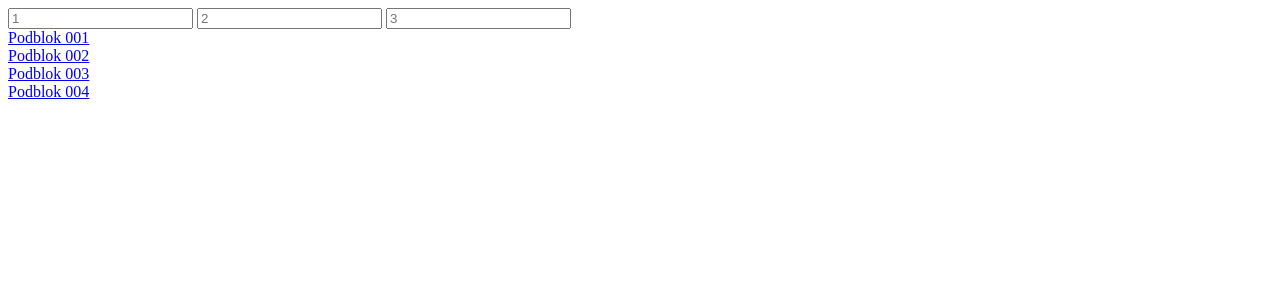
Repository: binczyk/RepoComarch
Page: strona/WebContent/foundation-5.5.2/exercise2.html
These files come from the project's save history. The page is drawn as it stood at one moment and after the next save; the edit follows.
The browser window is 1280 px wide. The pictures show the whole page.

Above is the page before, as saved 2015-07-14 07:45:52.
Console error (its wording comes from the project's code and is left out).
Not found: strona/WebContent/foundation-5.5.2/scc/foundation.css

### strona/WebContent/foundation-5.5.2/exercise2.html
<!DOCTYPE html>
<html>
<head>
	<meta charset="utf-8">
	<meta http-equiv="X-UA-Compatible" content="IE=edge">
	<link rel="Stylesheet" type="text/css" href="scc/foundation.css" />
	<script src="js/vendor/modernizr.js"></script>
	<title>Exercise 2 - Comarch</title>
</head>
<body>
	<div class="row">
		<div class="small-12 columns">
			<div class="row">
				<div class="small-6 columns small-centered panel">
					<form action="" method="post">
						<input type="text" placeholder="1">
						<input type="text" placeholder="2">
						<input type="text" placeholder="3">
					</form>
				</div>
			</div>
		</div>
		<div class="small-6 columns">
			<div class="row">
				<div class="small-6 columns"><a href="#">Podblok 001</a></div>
				<div class="small-6 columns"><a href="#">Podblok 002</a></div>
			</div>
		</div>
		<div class="small-6 columns">
			<div class="row">
				<div class="small-6 columns"><a href="#">Podblok 003</a></div>
				<div class="small-6 columns"><a href="#">Podblok 004</a></div>
			</div>
		</div>
	</div>


	<script src="js/vendor/jquery.js"></script>
    <script src="js/foundation.min.js"></script>
    <script>
      $(document).foundation();
    </script>
</body>
</html>

Loaded but not shown: strona/WebContent/foundation-5.5.2/js/vendor/modernizr.js (library); strona/WebContent/foundation-5.5.2/js/vendor/jquery.js (library); strona/WebContent/foundation-5.5.2/js/foundation.min.js (library); strona/WebContent/foundation-5.5.2/css/foundation.css (library)

After the next save:
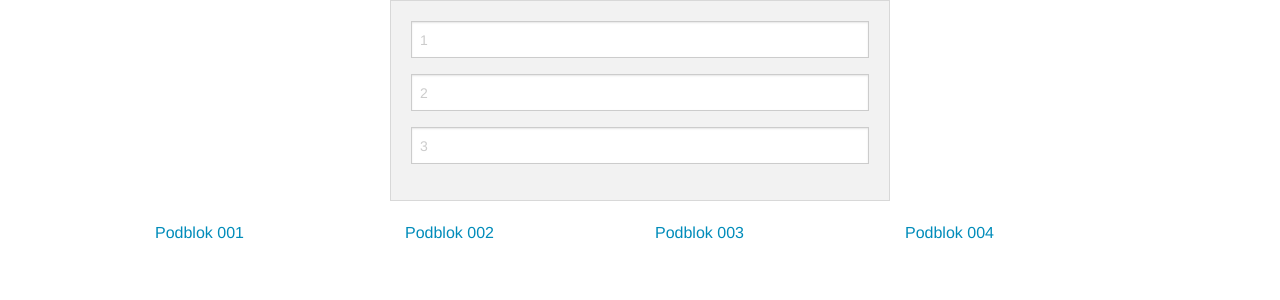
The error is gone.
Saved 72 s later.
--- a/strona/WebContent/foundation-5.5.2/exercise2.html
+++ b/strona/WebContent/foundation-5.5.2/exercise2.html
@@ -3,7 +3,7 @@
 <head>
 	<meta charset="utf-8">
 	<meta http-equiv="X-UA-Compatible" content="IE=edge">
-	<link rel="Stylesheet" type="text/css" href="scc/foundation.css" />
+	<link rel="stylesheet" href="css/foundation.css" />
 	<script src="js/vendor/modernizr.js"></script>
 	<title>Exercise 2 - Comarch</title>
 </head>
